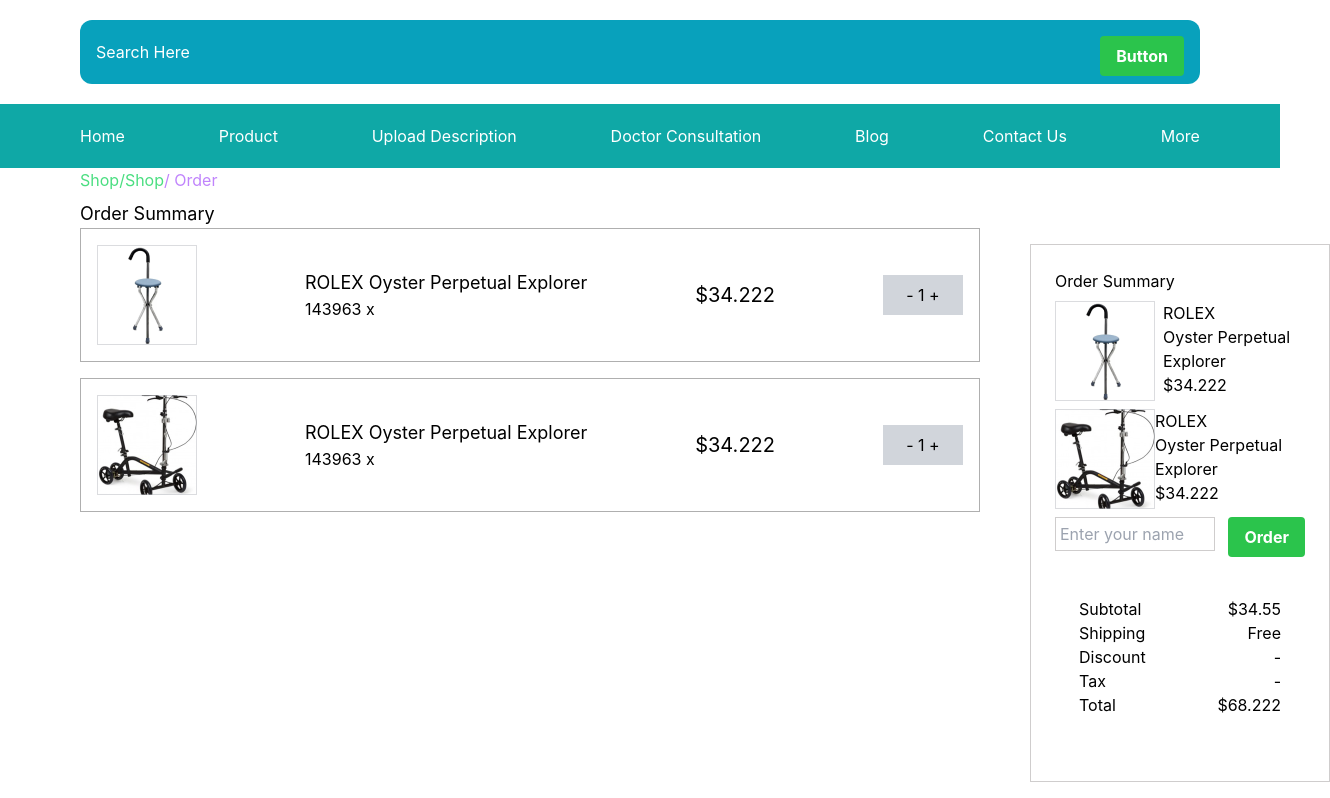
Repository: arafatmollah/pharma
Page: /
These files come from the project's save history. The page is drawn as it stood at one moment and after the next save; the edit follows.
The browser window is 1280 px wide. The page is 1330 px wide, so the pictures cover 1330 px, including what lies to the right of the window. The pictures show the whole page.
The project was rebuilt for these pictures with package versions that can differ from the ones it lists, and the page was loaded fresh each time.

Above is the page before, as saved 2023-03-12 23:34:58.

### src/App.js

import './App.css';
import Nav from './Nav';
import Order from './Order';

function App() {
  return (
    <div className="App">
      <Nav></Nav>
      <Order></Order>
    </div>
  );
}

export default App;

### src/App.css
.box-border{
    background-color: #08A1BC;
}
.btn {
    @apply font-bold py-2 px-4 rounded;
    background-color: #2BC44C;
    color: white;
  }
  .btn-blue {
    @apply bg-blue-500 text-white;
  }
  .btn-blue:hover {
    @apply bg-blue-700;
  }
.nav{
    background-color: #0FA8A6;
}
.order{
    border: 1px solid rgb(175, 175, 175);
    border: 100%;
}
.list{
  display: grid;
  grid-template-columns: 900px 300px;
  grid-gap: 50px;
}
.form{
  border: 1px solid rgb(207, 205, 205);
  padding: 4px;
}
lr{
  border-top: 1px sold gray;
}
.summary{
  border: 1px solid rgb(207, 205, 205);
}

### src/Nav.js
import React from 'react'
import './App.css';

function Nav() {
  return (
    <div>
        <div className='box-border h-16 w-100 p-4 mx-20 my-5 rounded-xl'>
          <div className='flex justify-between align-middle'>
                <p className='text-white mt-1'>Search Here</p>
                <button class="btn mb-1"> Button</button>
          </div>
        </div>
        <div className='box-border h-16 w-100 nav'>
            <div className='flex mx-20 items-center justify-between text-white'>
            <div className='mt-5'>Home</div>
            <div className='mt-5'> Product</div>
            <div className='mt-5'>Upload Description</div>
            <div className='mt-5'>Doctor Consultation</div>
            <div className='mt-5'>Blog</div>
            <div className='mt-5'>Contact Us</div>
            <div className='mt-5'>More</div>
            </div>
        </div>
    </div>
  )
}

export default Nav

### src/Order.js
import React from 'react'
import img from './images/img.png'
import im from './images/im.png'

function order() {
  return (
    <div>
        <div className='flex mx-20'>
            <p className='text-green-400'>Shop</p>
            <p className='text-green-400'>/Shop</p>
            <p className='text-purple-400'>/ Order</p>
        </div>
        <div className='mt-2 mx-20'>
          <h3 className='text-lg'>Order Summary</h3>
        </div>
        <div className='mx-20 list'>
          <div>
          <div className='flex border-box p-4 w-100 order justify-center items-center justify-between'>
            <div>
              <img src={img}></img>
            </div>
            <div>
              <h1 className='text-lg'>ROLEX Oyster Perpetual Explorer</h1>
              <p>143963 x</p>
            </div>
            <div>
              <h3 className='text-xl'>$34.222</h3>
            </div>
            <div className='bg-gray-300 h-10 w-20 flex justify-center items-center'>
                - 1 +
              </div>
          </div>
          <div className='flex border-box p-4 order mt-4 justify-between justify-center items-center'>
            <div>
              <img src={im}></img>
            </div>
            <div>
              <h1 className='text-lg'>ROLEX Oyster Perpetual Explorer</h1>
              <p>143963 x</p>
            </div>
            <div>
              <h3 className='text-xl'>$34.222</h3>
            </div>
            <div>
              <div className='bg-gray-300 h-10 w-20 flex justify-center items-center'>
                - 1 +
              </div>
            </div>
          </div>
          </div>
          <div className='summary p-6 my-4'>
            Order Summary
          <div className='flex justify-between my-2'>
            <img src={img}></img>
            <div className='mx-2'>
              <p>ROLEX</p>
              <h3>Oyster Perpetual Explorer</h3>
              <p>$34.222</p>
            </div>
          </div>
          <div className='flex justify-between my-2'>
            <img src={im}></img>
            <div>
              <p>ROLEX</p>
              <h3>Oyster Perpetual Explorer</h3>
              <p>$34.222</p>
            </div>
          </div>
          <div className='flex justify-between'>
            <form>
              <input type={Text} className="form w-40" placeholder="Enter your name"></input>
            </form>
            <button className='btn'>Order</button>
          </div>
          <div className='my-4 p-6'>
            <div className='flex justify-between'>
              <p>Subtotal</p>
              <p>$34.55</p>
            </div>
            <div className='flex justify-between'>
              <p>Shipping</p>
              <p>Free</p>
            </div>
            <div className='flex justify-between'>
              <p>Discount</p>
              <p>-</p>
            </div>
            <div className='flex justify-between'>
              <p>Tax</p>
              <p>-</p>
            </div>
            <div className='flex justify-between'>
              <lr></lr>
            </div><div className='flex justify-between'>
              <p>Total</p>
              <p>$68.222</p>
            </div>

          </div>
        </div>
        </div>

    </div>
  )
}

export default order

Loaded but not shown: public/index.html (common file); src/index.js (common file); src/index.css (common file); src/reportWebVitals.js (common file); tailwind.config.js (common file)

After the next save:
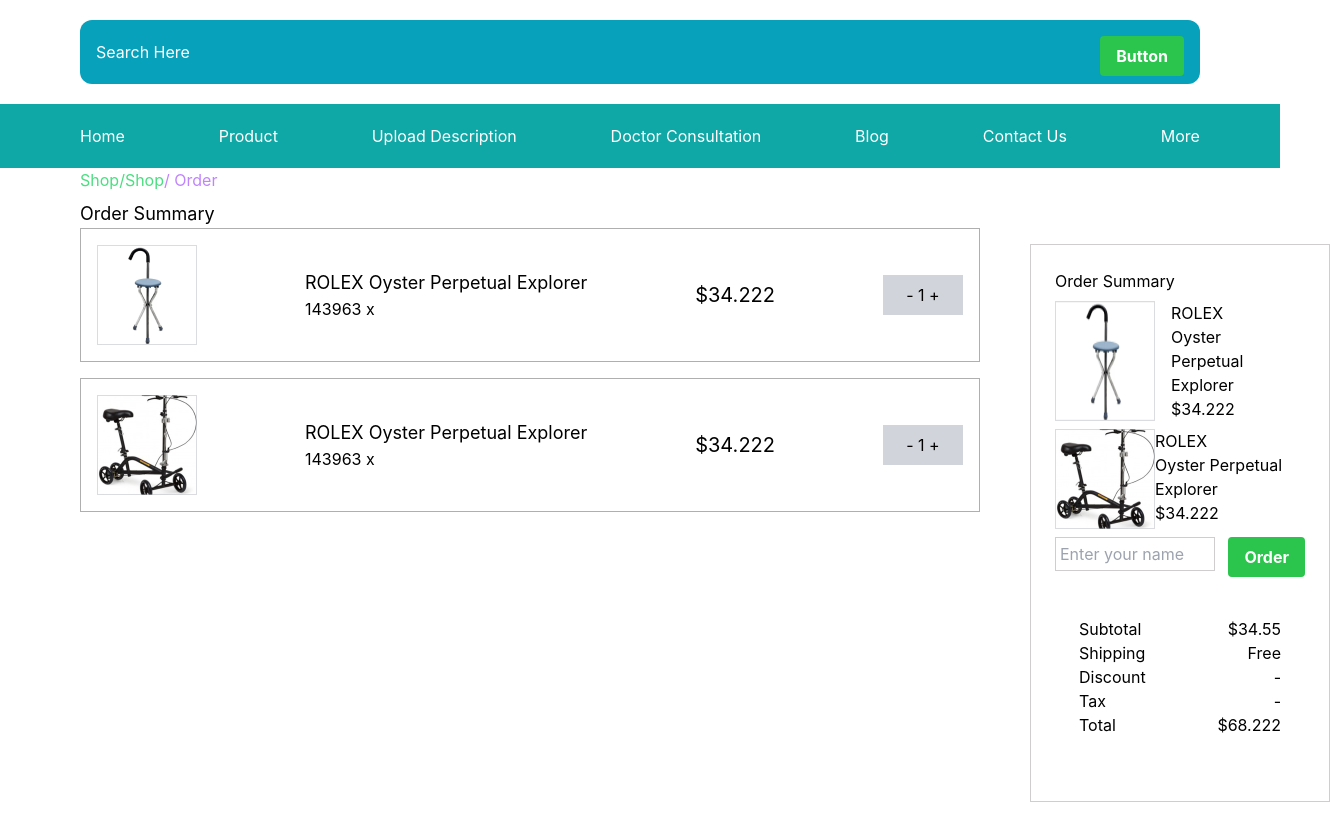
Saved 6 s later.
--- a/src/Order.js
+++ b/src/Order.js
@@ -52,7 +52,7 @@ function order() {
             Order Summary
           <div className='flex justify-between my-2'>
             <img src={img}></img>
-            <div className='mx-2'>
+            <div className='mx-4'>
               <p>ROLEX</p>
               <h3>Oyster Perpetual Explorer</h3>
               <p>$34.222</p>

After the save that followed:
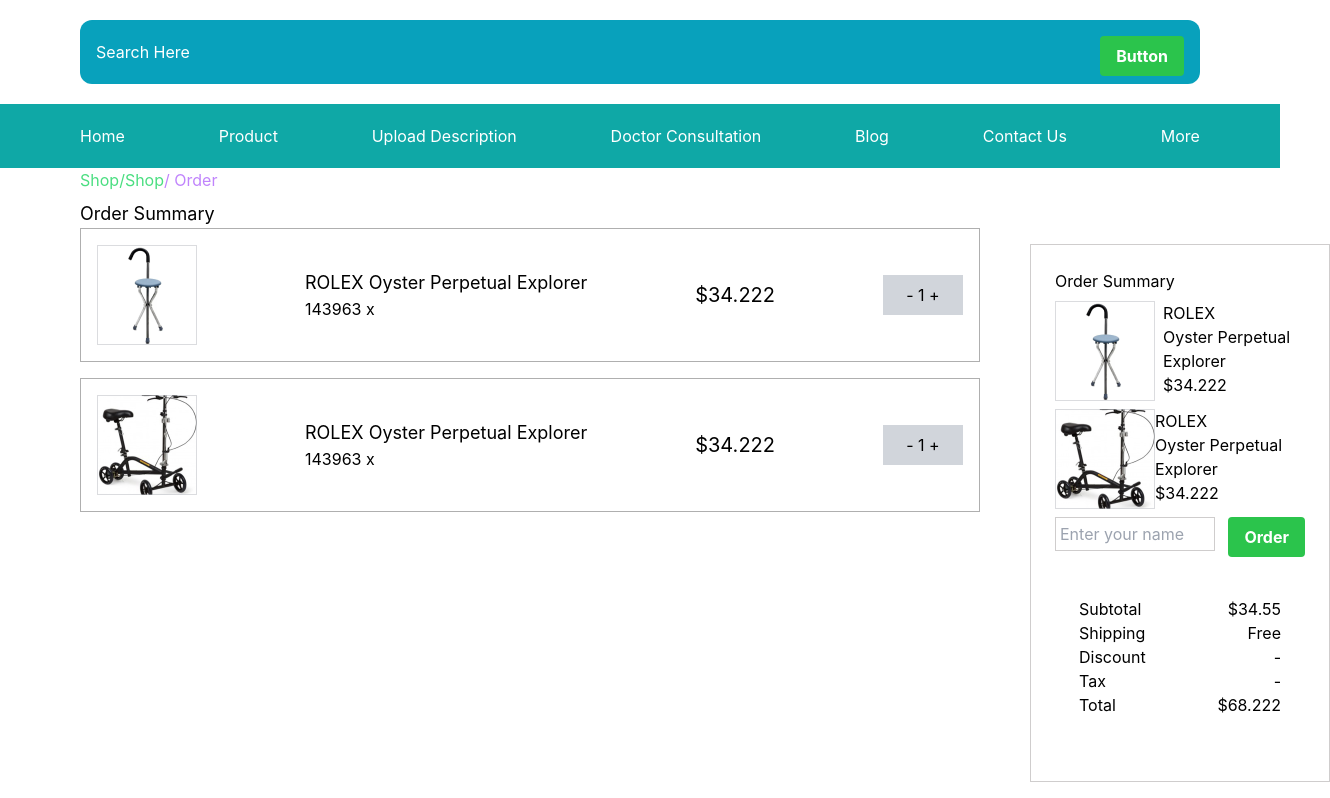
Saved 6 s later.
--- a/src/Order.js
+++ b/src/Order.js
@@ -52,7 +52,7 @@ function order() {
             Order Summary
           <div className='flex justify-between my-2'>
             <img src={img}></img>
-            <div className='mx-4'>
+            <div className='mx-2'>
               <p>ROLEX</p>
               <h3>Oyster Perpetual Explorer</h3>
               <p>$34.222</p>
